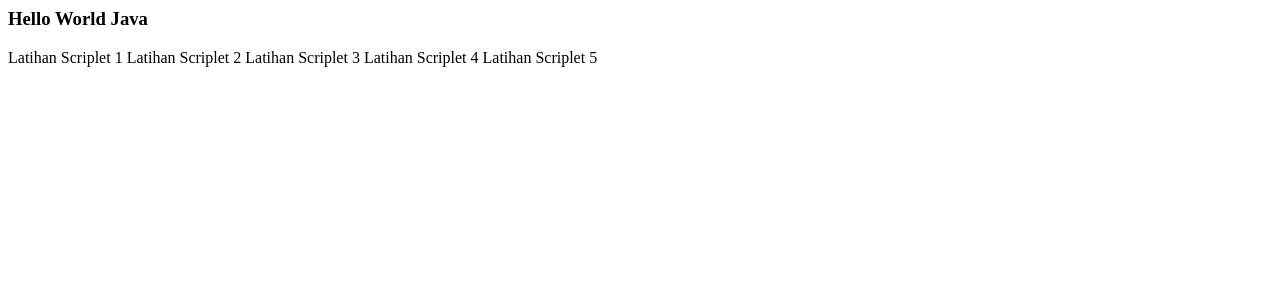
Repository: aniwallz/Belajar-Jsp
Page: http://localhost/jspdemo/scriplets-test.jsp
The author's editor kept a copy of each file at every save. The page is drawn from the files as they stood at one save, then again after the next save.
The browser window is 1280 px wide. The pictures show the whole page.
The page is served by Tomcat 9. Other server files are loaded and not shown.

Above is the page before, as saved 2018-10-11 14:39:28.

### Tutorial 1/jspdemo/WebContent/scriplets-test.jsp
<html>
	<body>
		<h3>Hello World Java</h3>
		<%
			for	(int i=1; i<=5; i++) {
				out.println("Latihan Scriplet " + i);
			}
		%>
	</body>
</html>

After the next save:
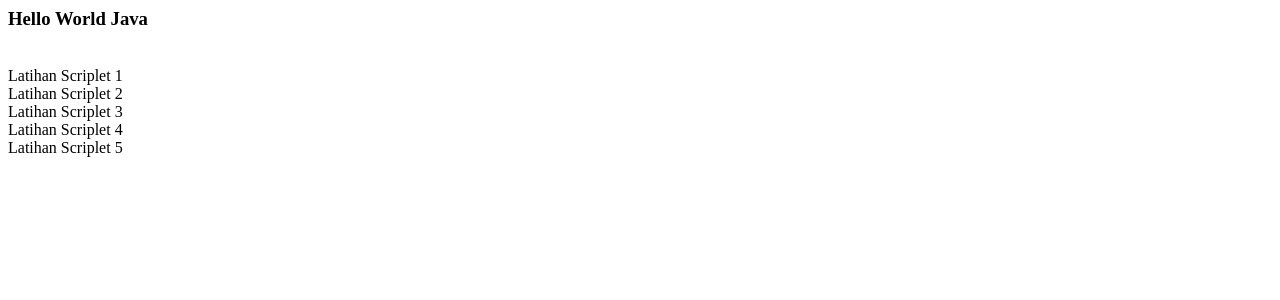
Saved 35 s later.
--- a/Tutorial 1/jspdemo/WebContent/scriplets-test.jsp
+++ b/Tutorial 1/jspdemo/WebContent/scriplets-test.jsp
@@ -3,7 +3,7 @@
 		<h3>Hello World Java</h3>
 		<%
 			for	(int i=1; i<=5; i++) {
-				out.println("Latihan Scriplet " + i);
+				out.println("<br> Latihan Scriplet " + i);
 			}
 		%>
 	</body>
